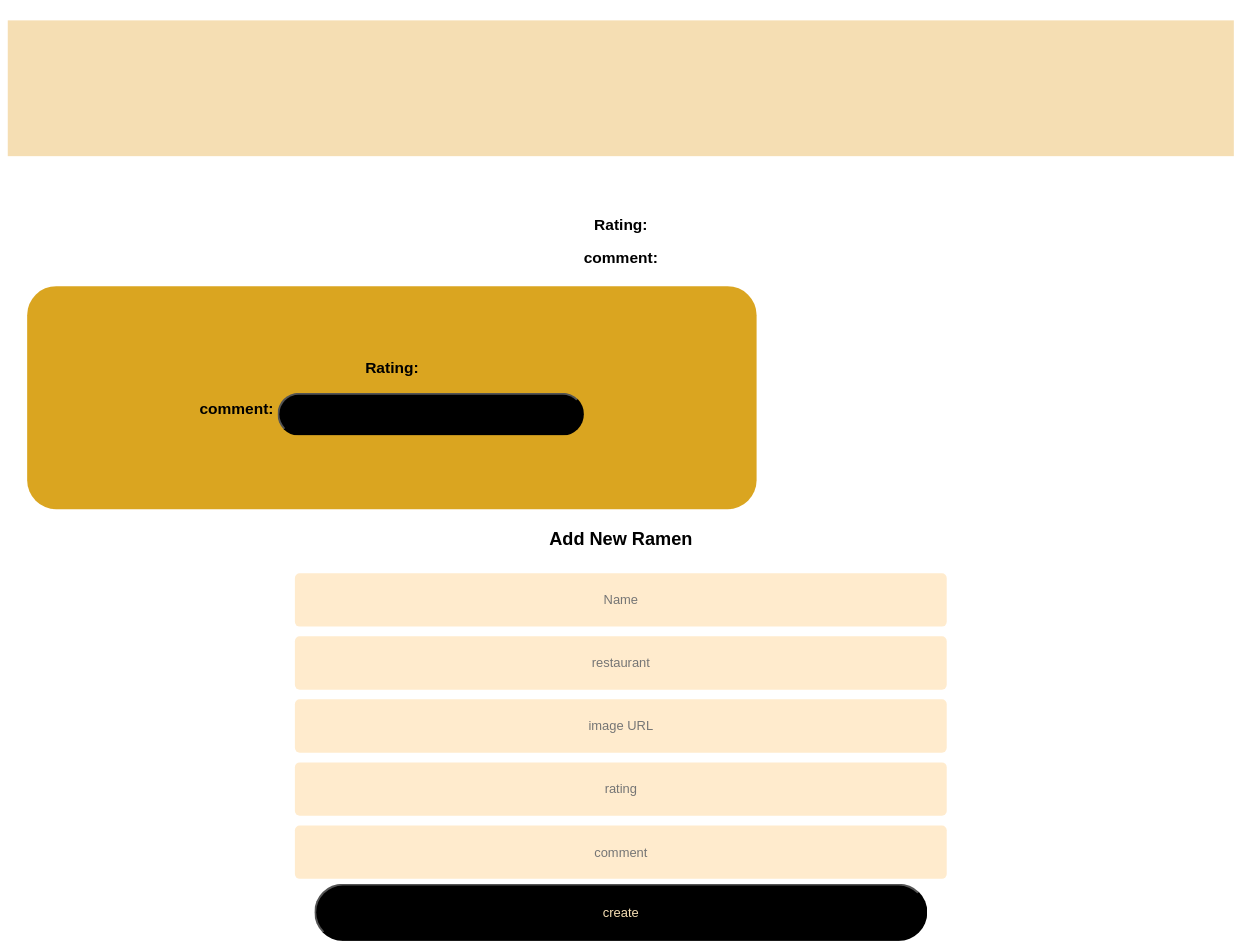
Repository: travinne/travthegr88
Page: code/ramen-rating-app/index.html
These files come from the project's save history. The page is drawn as it stood at one moment and after the next save; the edit follows.
The browser window is 1280 px wide. The pictures show the whole page, at 97% of full size.

Above is the page before, as saved 2025-03-18 11:28:38.

After the next save:
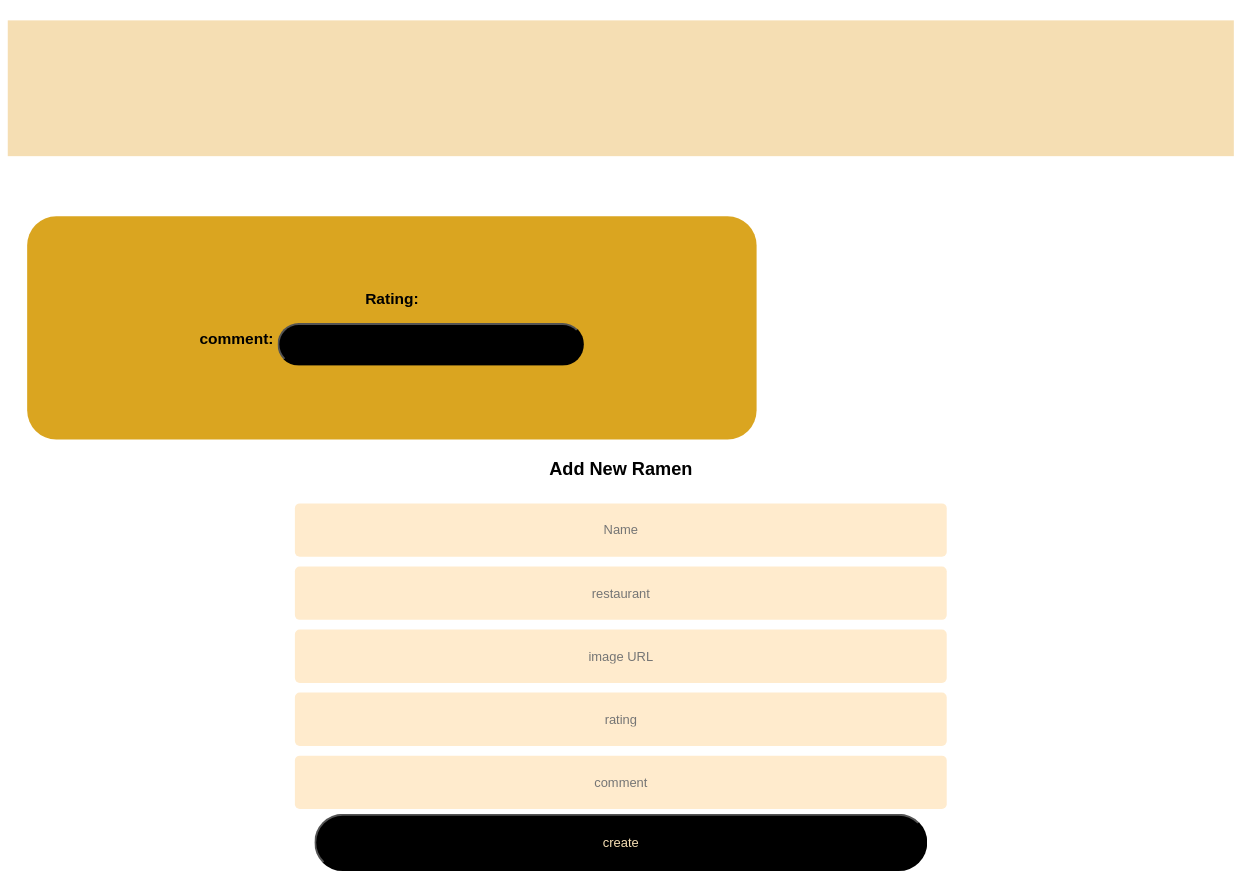
Saved 29 s later.
--- a/code/ramen-rating-app/index.html
+++ b/code/ramen-rating-app/index.html
@@ -14,10 +14,6 @@
         <div id="ramen-menu">
         </div>
         <div >
-        <h2 id="ramen-name"></h2>
-        <h3 id="ramen-restaurant"></h3>
-        <p><strong>Rating:</strong><span id="update Rating"></span></p>
-        <p><strong>comment:</strong><span id="update comment"></span></p>
         </div>
         <form id="edit-ramen-form">
         <p><strong>Rating:</strong><span id="update Rating"min ="1" max ="5">
